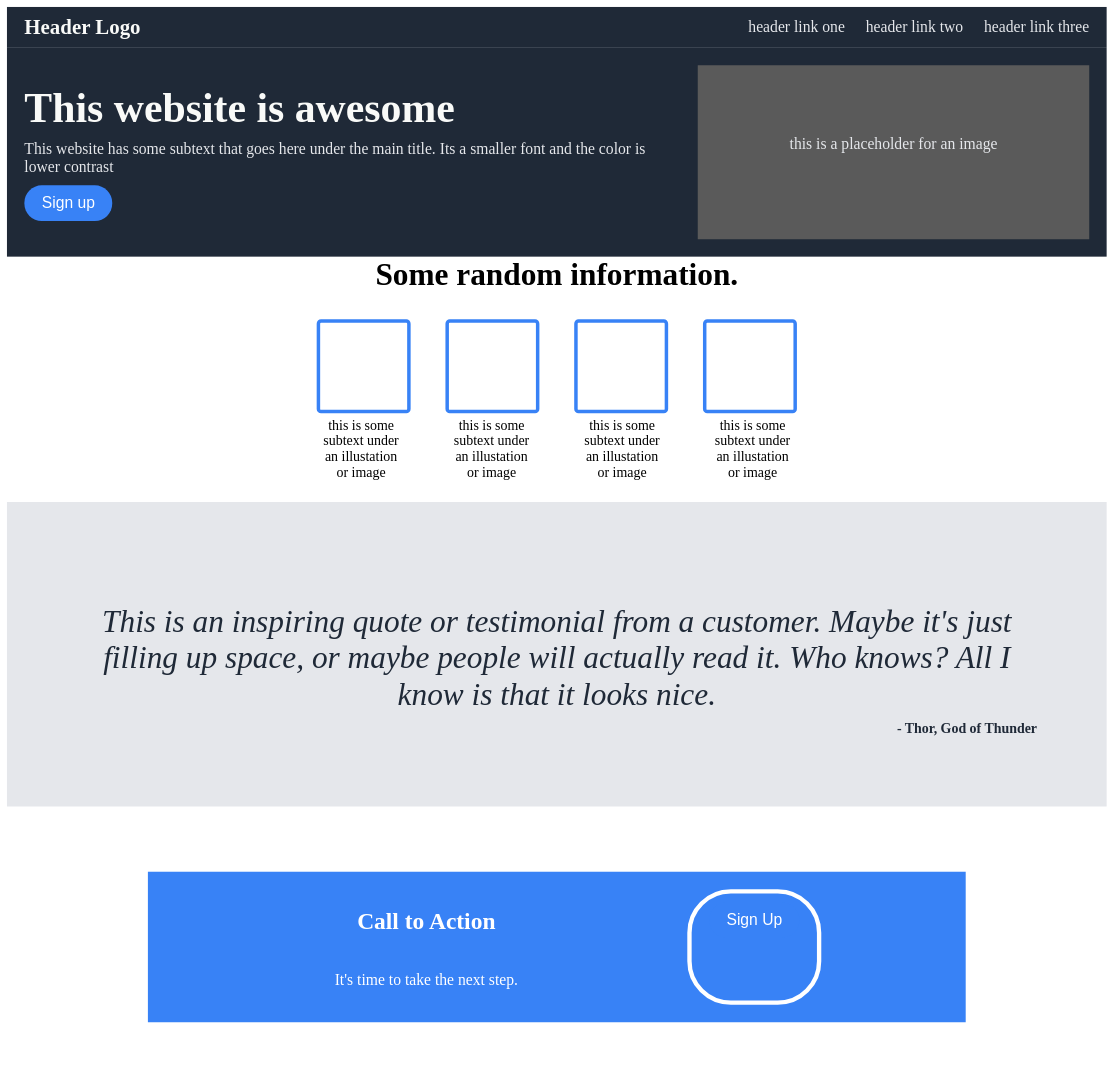
Repository: mnhardy1504/odin-recipes1
Page: flexboxlanding/index.html
These files come from the project's save history. The page is drawn as it stood at one moment and after the next save; the edit follows.
The browser window is 1280 px wide. The pictures show the whole page, at 87% of full size.

Above is the page before, as saved 2023-09-15 13:48:46.

### flexboxlanding/index.html
<!DOCTYPE html>
<html>

<head>
    <meta charset="UTF-8">
    <link rel="stylesheet" href="index.css">
</head>

<body>
    <div class="header">
        <div class="header-logo"><strong>Header Logo</strong></div>
        <div class="header-links">
            <a href="#">header link one</a>
            <a href="#">header link two</a>
            <a href="#">header link three</a>
        </div>
    </div>

    <div class="flexbox-section">
        <div class="flexbox-content">
            <h1>This website is awesome</h1>
            <p class="subtext">This website has some subtext that goes here under the main title. Its a smaller font and
                the color is lower contrast</p>
            <button>Sign up</button>
        </div>
        <div class="image-container">
            <div class="image-placeholder">
                <div class="image-text">this is a placeholder for an image</div>
            </div>
        </div>
    </div>

    <div class="random"><strong>Some random information.</strong></div>

    <div class="square-container">
        <div class="square">
            <div class="square-text">
            </div>
        </div>
        <div class="square">
            <div class="square-text">
            </div>
        </div>
        <div class="square">
            <div class="square-text">
            </div>
        </div>
        <div class="square">
            </div>
        </div>
        <div class="text-container">
            <div class="text-box">this is some subtext under an illustation or image</div>
            <div class="text-box">this is some subtext under an illustation or image</div>
            <div class="text-box">this is some subtext under an illustation or image</div>
            <div class="text-box">this is some subtext under an illustation or image</div>
        </div>
    </div>
    <div class="quote-section">
        <p class="quote-text">
            This is an inspiring quote or testimonial from a customer. Maybe it's just filling up space, or maybe people
            will actually read it. Who knows? All I know is that it looks nice.
        </p>
        <div class="quote-author">
            <strong>- Thor, God of Thunder</strong>
        </div>
    </div>

    <div class="call-to-action-box">
        <div class="call-to-action-content">
            <h2>Call to Action</h2>
            <p>It's time to take the next step.</p>
        </div>
        <div class="call-to-action-button">
            <button>Sign Up</button>
        </div>
    </div>
</body>

</html>

### flexboxlanding/index.css
.header {
    background-color: #1F2937; /* Header background color */
    color: white; /* Text color inside the header */
    display: flex;
    justify-content: space-between; /* Space between logo and links */
    align-items: center;
    padding: 10px 20px; /* Add padding to the header */
}

.header-logo {
    font-size: 24px;
     color: #f9faf8;
     margin-right: 20px;
}

.header-links a {
    text-decoration: none; /* Remove underlines from links */
    font-size: 18px;
    color: #e5e7eb;
    margin-left: 20px; /* Add spacing between links */
}

.header-links a:hover {
    text-decoration: underline;
}

.flexbox-section {
    background-color: #1F2937; /* Background color for the flexbox section */
    color: #f9faf8; /* Text color inside the flexbox section */
    display: flex;
    justify-content: space-between; /* Space between content and image */
    align-items: center;
    padding: 20px; /* Add padding to the flexbox section */
}

.flexbox-content {
    max-width: 60%; /* Adjust the maximum width of the content */
}

h1 {
    font-size: 48px;
    font-weight: bold; /* Extra-bold */
    margin: 0; /* Remove default margin */
}

.subtext {
    font-size: 18px;
    color: #e5e7eb; /* Subtext color */
    margin: 10px 0; /* Add spacing around subtext */
}

.image-container {
    display: flex;
    align-items: center; /* Vertically align content if needed */
}

.image-placeholder {
    width: 450px;
    height: 200px;
    background-color: #5A5A5A;
}

.image-text {
    font-size: 18px;
    color: #e5e7eb;
    text-align: center;
    padding: 80px;
}

.square-container {
    display: flex;
    justify-content:center;
    align-items: center;
    flex-wrap: wrap;
    background-color: white;
    padding: 10px;
}

.square {
    width: 100px;
    height: 100px;
    background-color: white;
    border: 4px solid #3882F6;
    text-align: center;
    display: flex;
    flex-direction: column;
    justify-content: space-between;
    align-items: center;
    color: white;
    margin: 20px;
    border-radius: 5px;
}

.text-container {
    display: flex;
    justify-content: center;
    align-items: center;
    flex-wrap: wrap;
    margin-top: -50px;
}

.text-box {
    width: 100px;
    text-align: center;
    margin: 25px;
}

.random {
    text-align: center;
    justify-content: center;
    font-size: 36px
}

.quote-section {
    background-color: #e5e7eb;
    padding: 80px;
    text-align: center;
}

.quote-text {
    font-size: 36px;
    font-style: italic;
    color: #1F2937;
    margin-bottom: 10px;
}

.quote-author {
    font-style: light italic;
    color: #1F2937;
    text-align: right;
    font-weight: 800;
}

.call-to-action-box {
    display: flex; /* Use flexbox for layout */
    background-color: #3882F6; /* White background for the container */
    padding: 20px;
    width: 900px;
    margin: 75px auto;
}

.call-to-action-content {
    flex-grow: 1; /* Make this div expand to fill the available space */
    display: flex; /* Use flexbox within the container */
    flex-direction: column; /* Stack items vertically */
    align-items: center; /* Center items horizontally */
    justify-content: center; /* Center items vertically */
    max-width: 600px;
    font-size: 18px;
    color: white;
}

/* Style the rectangular blue box */
.call-to-action-button {
    background-color: #3882F6; /* Blue background for the button */
    color: white;
    padding: 10px 20px;
    border: 5px solid white; /* Set border style and color */
    border-radius: 50px;
    font-size: 18px;
    cursor: pointer;
}

/* Add hover effect to the button */
.call-to-action-content button:hover {
    background-color: #1F5CFF; /* Darker blue on hover */
}

button {
    background-color: #3882F6;
    color: white;
    padding: 10px 20px;
    border: white;
    border-radius: 20px;
    font-size: 18px;
    cursor: pointer;
    align-items: right;
    text-align: right;
}

button:hover {
    background-color: #3882F6
}

After the next save:
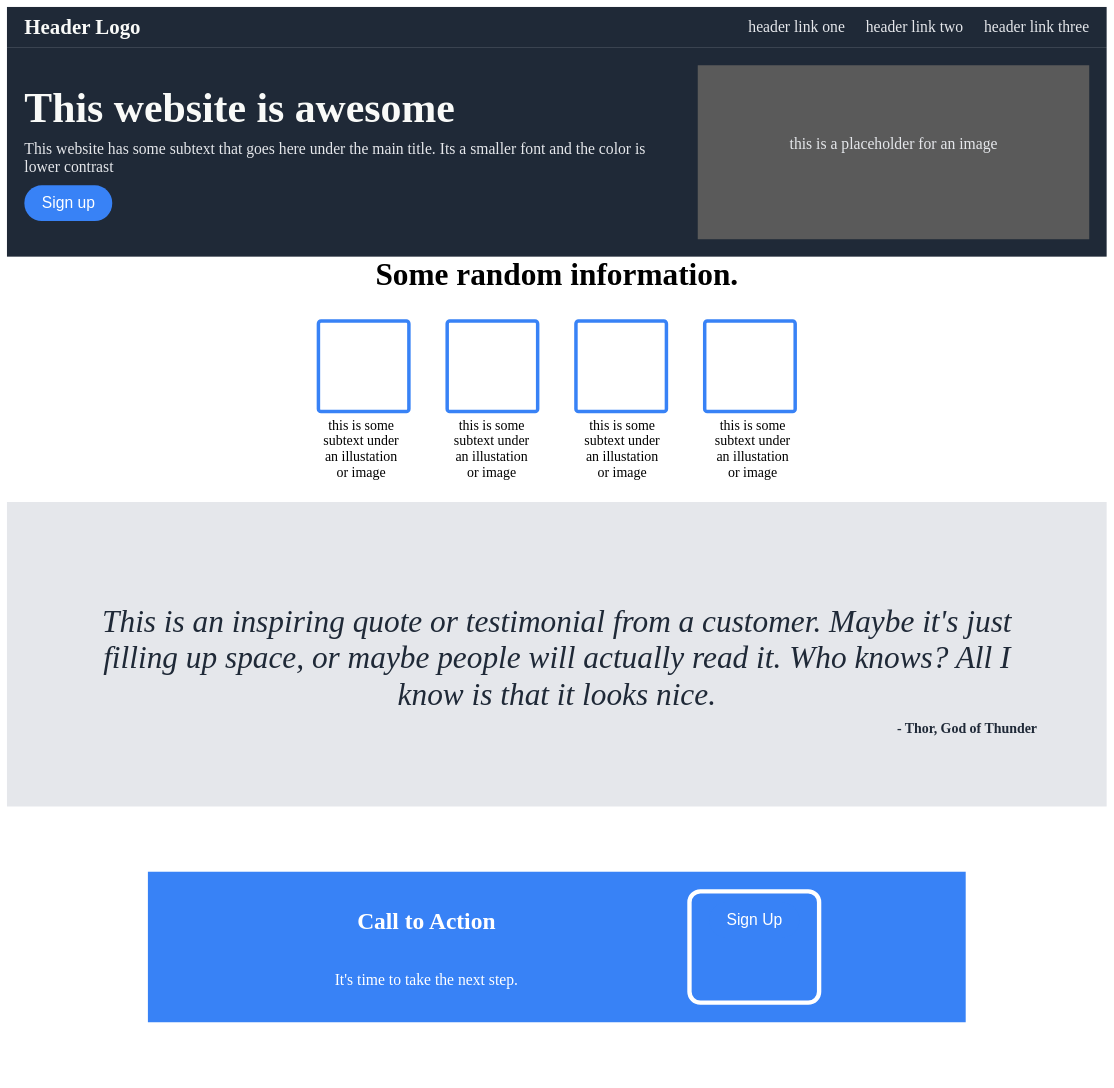
Saved 36 s later.
--- a/flexboxlanding/index.css
+++ b/flexboxlanding/index.css
@@ -156,7 +156,7 @@ h1 {
     color: white;
     padding: 10px 20px;
     border: 5px solid white; /* Set border style and color */
-    border-radius: 50px;
+    border-radius: 15px;
     font-size: 18px;
     cursor: pointer;
 }
